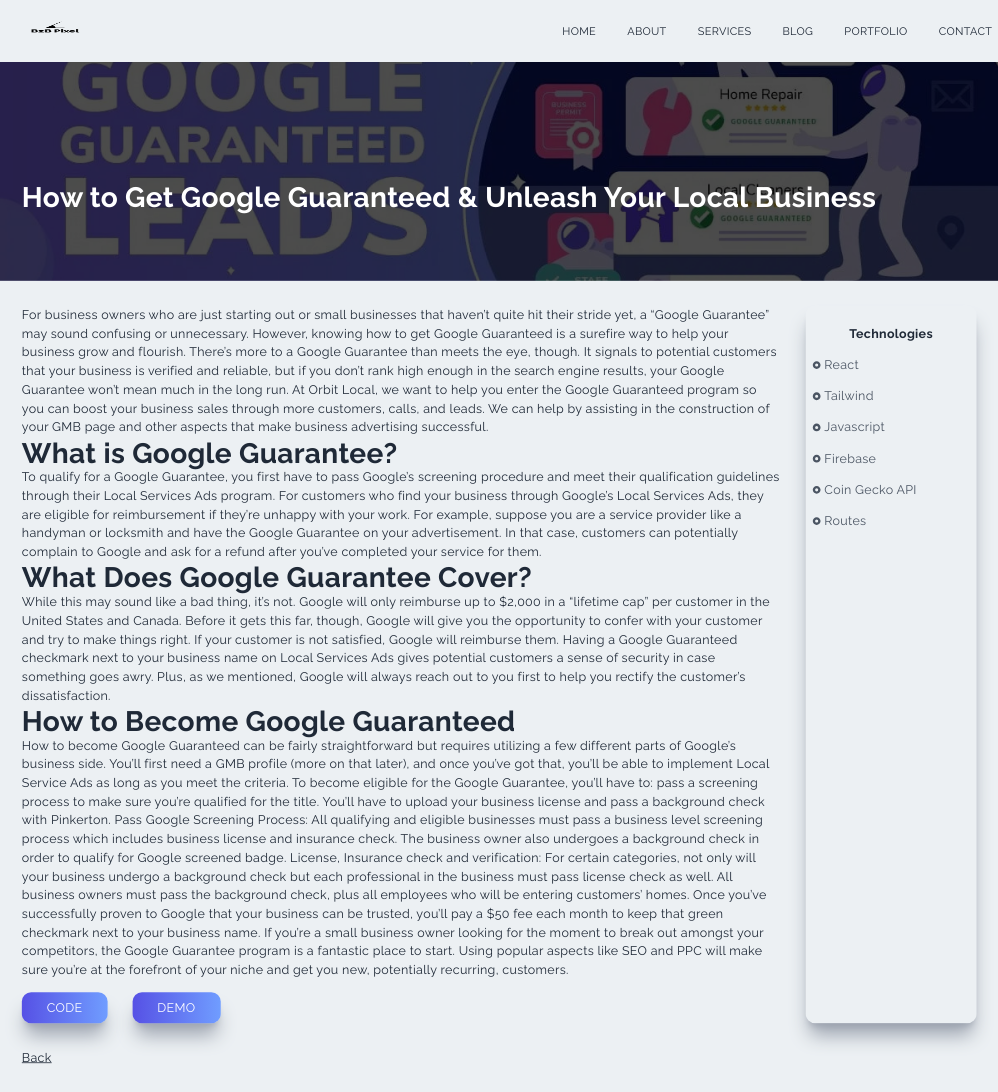
Repository: DID0101/nextjs.b2b
Page: /crypto
An editor plug-in stored every save of this project. The page is shown before and after the next save, followed by the edit.
The browser window is 1280 px wide. The pictures show the whole page, at 78% of full size.
The project was rebuilt for these pictures with package versions that can differ from the ones it lists, and the page was loaded fresh each time. The framework's server and built-in components were replaced by stand-ins that run in the browser. Also part of the build but not shown: next.config.js.

Above is the page before, as saved 2024-01-22 02:56:58.

After the next save:
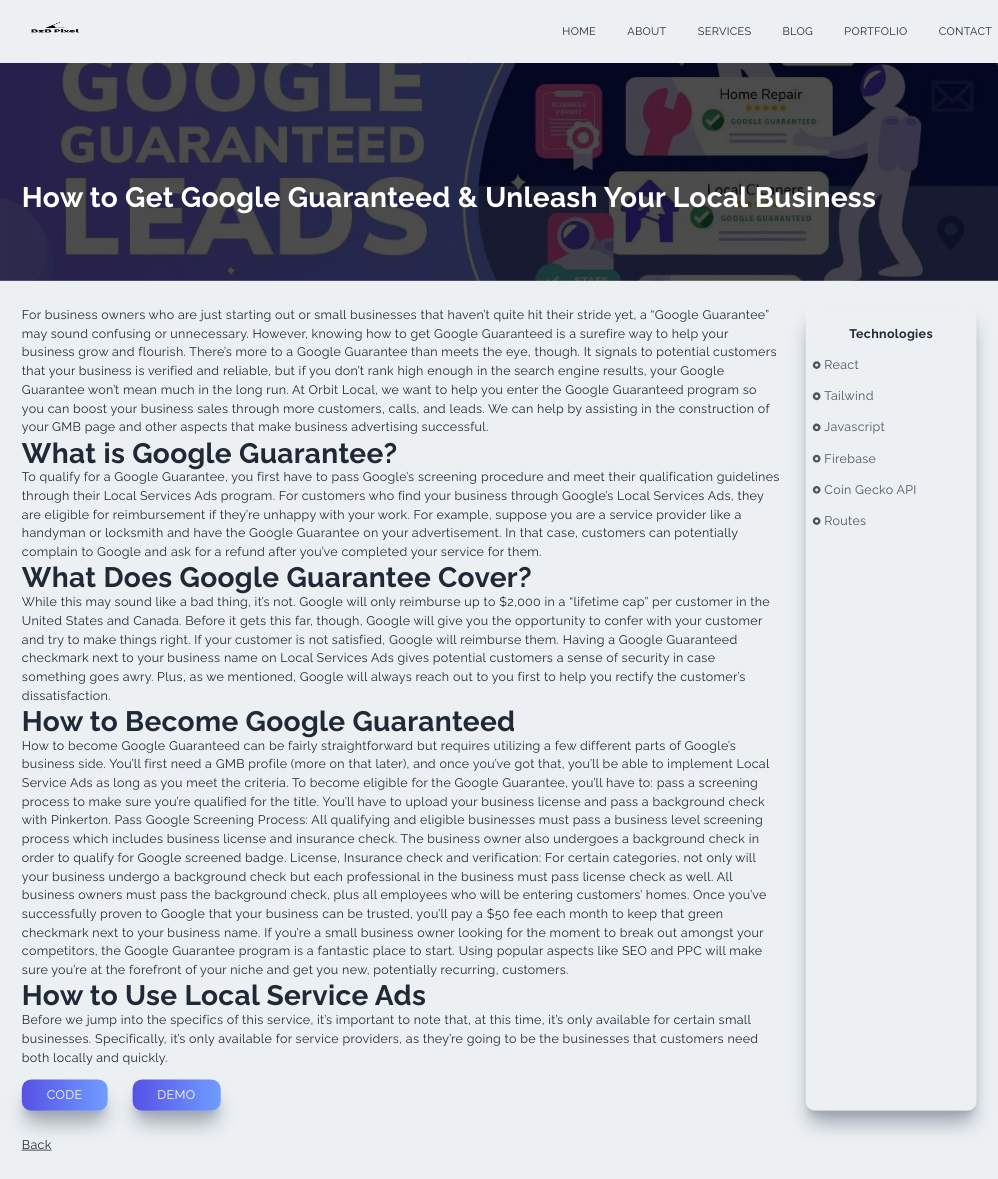
Saved 59 s later.
--- a/pages/crypto.jsx
+++ b/pages/crypto.jsx
@@ -55,6 +55,8 @@
 All business owners must pass the background check, plus all employees who will be entering customers’ homes. Once you’ve successfully proven to Google that your business can be trusted, you’ll pay a $50 fee each month to keep that green checkmark next to your business name.
 
 If you’re a small business owner looking for the moment to break out amongst your competitors, the Google Guarantee program is a fantastic place to start. Using popular aspects like SEO and PPC will make sure you’re at the forefront of your niche and get you new, potentially recurring, customers.</p>
+<h2>How to Use Local Service Ads</h2>
+<p>Before we jump into the specifics of this service, it’s important to note that, at this time, it’s only available for certain small businesses. Specifically, it’s only available for service providers, as they’re going to be the businesses that customers need both locally and quickly.</p>
 
           <a
             href='https://github.com/fireclint/crypto-react-firebase'
